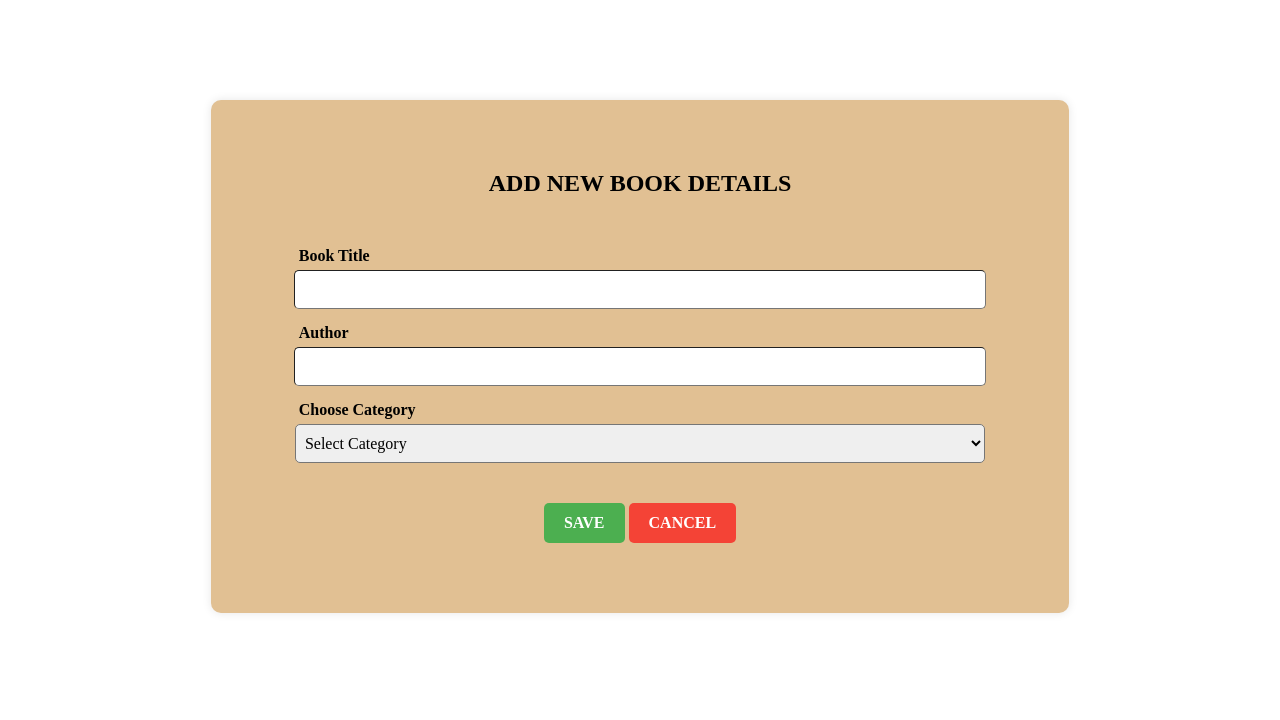
Repository: devikrishna908/RURAL-LIBRARY-MANAGEMENT
Page: http://localhost/library-management/WEB-INF/jsp/add-book.jsp
An editor plug-in stored every save of this project. The page is shown before and after the next save, followed by the edit.
The browser window is 1280 px wide. The pictures show the whole page.
The page is served by Tomcat 9. Nobody is signed in. Other server files are loaded and not shown. The template is opened directly, without the code that normally fills it, so the values that code supplies are empty.

Above is the page before, as saved 2024-05-24 06:02:35.

### library-management/src/main/webapp/WEB-INF/jsp/add-book.jsp
<%@ page language="java" contentType="text/html; charset=ISO-8859-1"
    pageEncoding="ISO-8859-1"%>
<!DOCTYPE html>
<html>
<head>
<meta charset="ISO-8859-1">
<title>Add Book</title>
<link rel="stylesheet" href="css/new-book.css">
</head>
<body>
	<div class="container">
		<h2>ADD NEW BOOK DETAILS</h2>
		<div class="form-container">
			<form name="create" method="post" action="/add-book"
				onsubmit="return validateForm()">

	    	    <label for="bookTitle">Book Title</label>
    	    	<input type="text" id="bookTitle" name="bookTitle"><br>

		        <label for="author">Author</label>
    		    <input type="text" id="author" name="author"><br>

				<label for="category">Choose Category</label>
				<select id="service" name="service">
					<option value="nil">Select Category</option>
					<option value="NOVEL">NOVEL</option>
					<option value="ARTICLES">ARTICLES</option>
					<option value="BIOGRAPHY">BIOGRAPHY</option>
					<option value="SHORT STORIES">SHORT STORIES</option>
					<option value="TRAVELOGUE">TRAVELOGUE</option>
					<option value="CLASSICS">CLASSICS</option>
					<option value="COMICS">COMICS</option>
					<option value="EDUCATION AND STUDY AID">EDUCATION AND STUDY AID</option>
					<option value="HEALTH AND FITNESS">HEALTH AND FITNESS</option>
					<option value="DRAMA">DRAMA</option>
					<option value="SCIENCE FICTION">SCIENCE FICTION</option>
					<option value="NON FICTION">NON FICTION</option>
					<option value="CHILDREN'S LITERATURE">CHILDREN'S LITERATURE</option>
					<option value="FANTASY">FANTASY</option>
					<option value="HISTORY">HISTORY</option>
					<option value="SCIENCE">SCIENCE</option>
				</select>

				<div class="input-button">
					<input type="submit" value="SAVE" class="insert">
					<input type="button" value="CANCEL" class="cancel" onclick="cancelAction()"> <br>
				</div>
			</form>
		</div>

	</div>

</body>
</html>

### library-management/src/main/resources/static/css/new-book.css

h2 {
	text-align: center;
	margin-bottom: 50px;
}

.form-container {
	text-align: center;
}

.container {
	width: 60%; /* Adjust the width of the container as needed */
	margin: 0 auto; /* Center the container horizontally */
	margin-top: 100px;
	background-color: rgb(225, 192, 147);
	/* Set the background color of the container */
	padding: 50px; /* Add some padding to the container */
	border-radius: 10px; /* Add rounded corners to the container */
	box-shadow: 0 0 10px rgba(0, 0, 0, 0.1);
	/* Add a shadow effect to the container */
}

.form-container label {
	display: block;
	text-align: left;
	font-family: serif;
	font-size: 12pt;
	font-weight:bold;
	margin-top:5px;
	margin-bottom: 5px;
	margin-left: 5%; /* Add some space between labels and input boxes */
}

.form-container input[type="password"] {
	border-radius: 5px;
	border-width: 1px;
	font-family:serif;
	font-size:12pt;
	padding-left:5px;
	width: 90%; /* Set the width of input boxes */
	margin-bottom: 10px; /* Add some space between input boxes */
	height: 35px;
}
.form-container select {
    border-radius: 5px;
    border-width: .5px;
    font-family: serif;
    font-size: 12pt;
    padding-left: 5px;
    width: 91%; /* Set the width of the select box */
    margin-bottom: 10px; /* Add some space between input boxes */
    height: 39px;
}

.form-container input[type="text"] {
	border-radius: 5px;
	border-width: .5px;
	font-family:serif;
	font-size:12pt;
	padding-left:5px;
	width: 90%; /* Set the width of input boxes */
	margin-bottom: 10px; /* Add some space between input boxes */
	height: 35px;
}

.form-container textarea {
	width: 90%; /* Set the width of input boxes */
	margin-bottom: 10px; /* Add some space between input boxes */
	padding-left:5px;
	font-family:serif;
	font-size:12pt;
	border-width: .5px;
	border-radius: 5px;
}

.form-container textarea {
	height: 100px; /* Set the height of the textarea */
}

.input-button {
	text-align: center;
	margin-top: 30px; /* Space above the buttons */
	margin-bottom: 20px;
}

.input-button input[type="submit"], .input-button input[type="button"] {
	height: 40px;
	padding: 8px 20px;
	font-size: 12pt;
	border: none;
	font-family: 'Times New Roman', Times, serif;
	font-weight: bold;
	cursor: pointer;
	border-radius: 5px;
}

.input-button input[type="submit"].insert {
	background-color: #4CAF50;
	/* Green background for the "CREATE" button */
	color: white;
}

.input-button input[type="button"].cancel {
	background-color: #f44336; /* Red background for the "CANCEL" button */
	color: white;
}

After the next save:
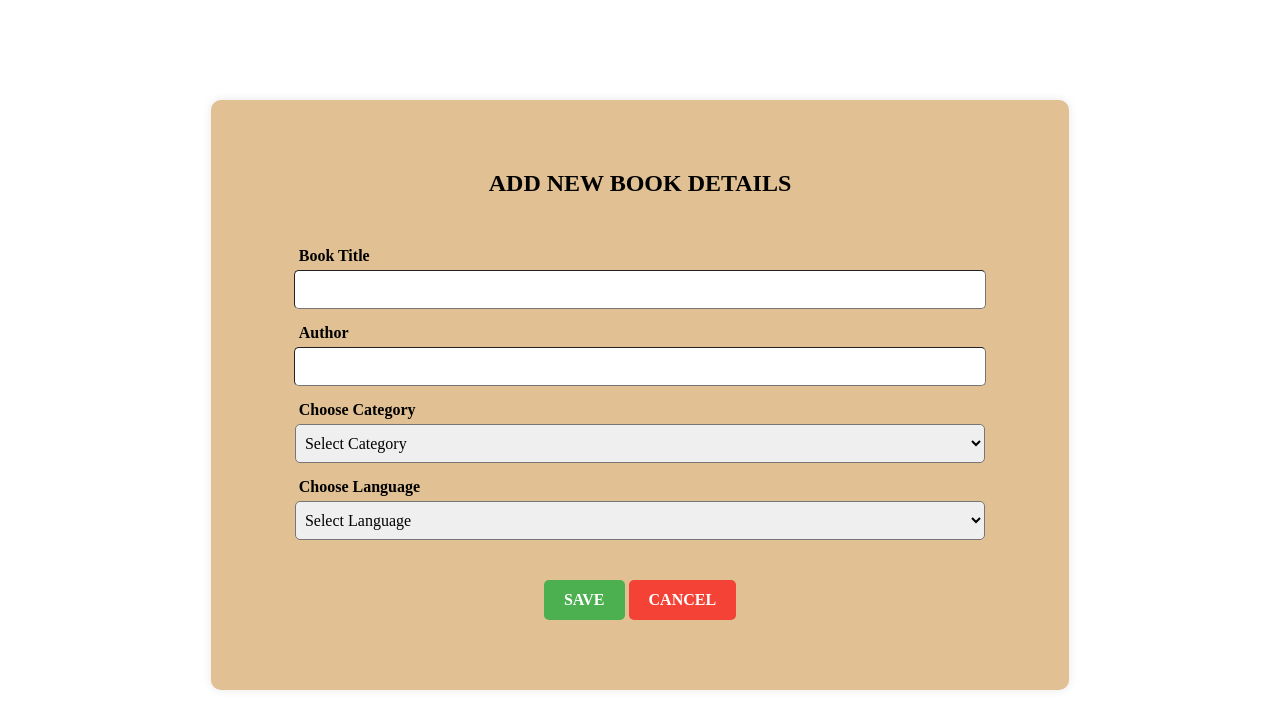
Saved 2 min 10 s later.
--- a/library-management/src/main/webapp/WEB-INF/jsp/add-book.jsp
+++ b/library-management/src/main/webapp/WEB-INF/jsp/add-book.jsp
@@ -41,6 +41,14 @@
 					<option value="SCIENCE">SCIENCE</option>
 				</select>
 
+				<label for="language">Choose Language</label>
+				<select id="service" name="service">
+					<option value="nil">Select Language</option>
+					<option value="ENGLISH">ENGLISH</option>
+					<option value="MALAYALAM">MALAYALAM</option>
+					<option value="HINDI">HINDI</option>
+				</select>
+
 				<div class="input-button">
 					<input type="submit" value="SAVE" class="insert">
 					<input type="button" value="CANCEL" class="cancel" onclick="cancelAction()"> <br>
